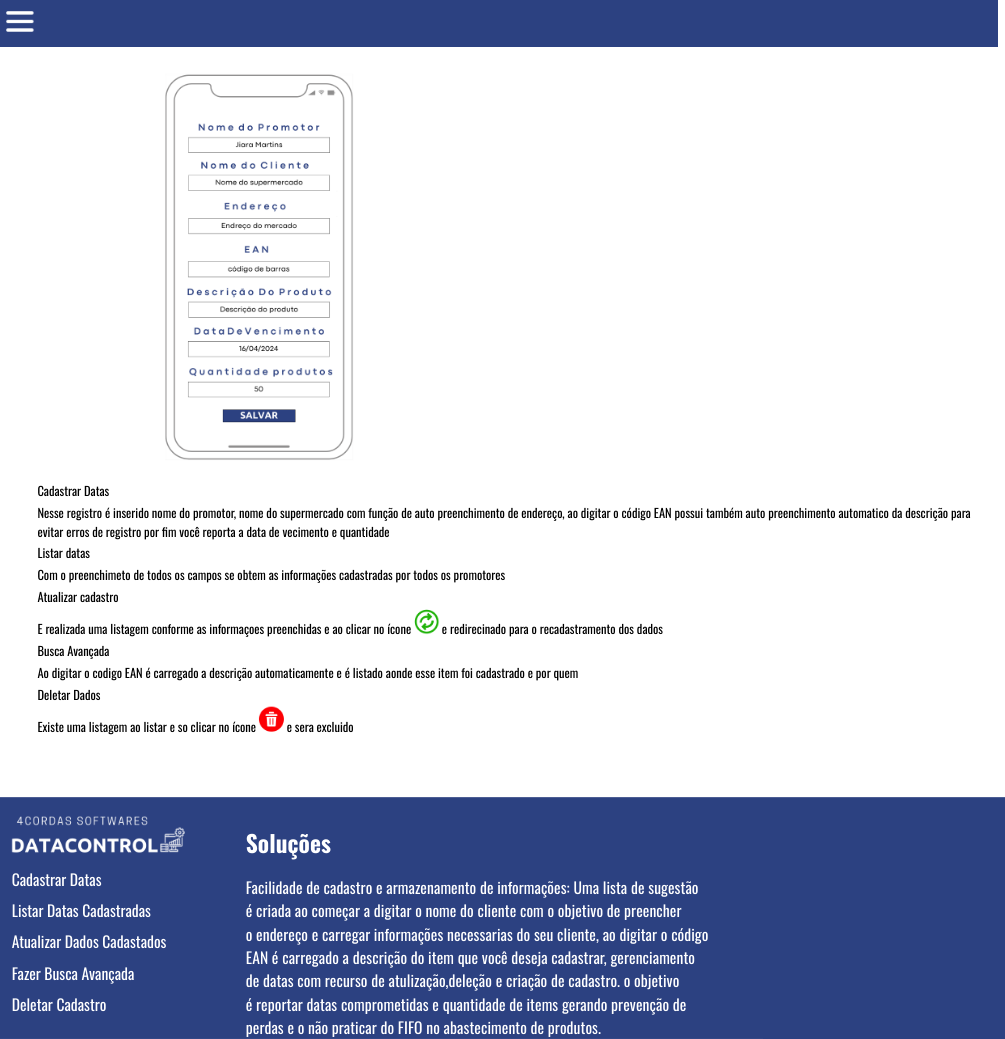
Repository: alfredo-allan/ControleDeDatasFrontEnd
Page: index.html
The author's editor kept a copy of each file at every save. The page is drawn from the files as they stood at one save, then again after the next save.
The browser window is 1280 px wide. The page is 1289 px wide, so the pictures cover 1289 px, including what lies to the right of the window. The pictures show the whole page, at 78% of full size.

Above is the page before, as saved 2024-04-30 14:31:40.
Console error: TypeError: Cannot read properties of null (reading 'addEventListener')

### index.html
<!DOCTYPE html>
<html lang="pt-BR">
  <head>
    <meta charset="UTF-8" />
    <meta name="viewport" content="width=device-width, initial-scale=1.0" />
    <link rel="stylesheet" href="./style/style.css" />
    <link rel="preconnect" href="https://fonts.googleapis.com" />
    <link rel="preconnect" href="https://fonts.gstatic.com" crossorigin />
    <link
      href="https://fonts.googleapis.com/css2?family=Oswald:wght@200..700&display=swap"
      rel="stylesheet"
    />
    <title>Controle de Datas</title>
  </head>
  <body>
    <div class="header">
      <div id="menu-icon">
        <img id="icon-menu" src="./images/barra-de-menu.png" alt="" />
      </div>
      <div id="titulo">
        <!-- <h1>Controle De Datas</h1> -->
      </div>
      <div id="menu-options">
        <ul>
          <!-- <img id="usuario" src="./images/usuario-exemplo.jpg" alt="" /> -->
          <a href="pages/cadastro.html"><li>Cadastrar Datas</li></a>
          <a href="pages/listagem.html"><li>Listar Datas</li></a>
          <a href="pages/atualizar.html"><li>Atualizar Cadastro</li></a>
          <a href="pages/buscaavancada.html"><li>Busca Avançada</li></a>
          <a href="pages/deletar.html"><li>Deletar Dados</li></a>
        </ul>
      </div>
    </div>
    <img id="instrucao" src="./images/CadastrarDatas.png" alt="">
    <div class="coluna">
    <ul>
      <span>Cadastrar Datas</span>
      <li>Nesse registro é inserido nome do promotor, nome do supermercado com função de auto preenchimento de endereço, ao digitar o código EAN possui também auto preenchimento automatico da descrição para evitar erros de registro por fim você reporta a data de vecimento e quantidade</li>
      <span>Listar datas</span>
      <li>Com o preenchimeto de todos os campos se  obtem as informações cadastradas por todos os promotores</li>
      <span>Atualizar cadastro</span>
      <li>E realizada uma listagem conforme as informaçoes preenchidas e ao clicar no ícone <img src="./images/repetir.png" alt=""> e redirecinado para o recadastramento dos dados</li>
      <span>Busca Avançada</span>
      <li>Ao digitar o codigo EAN é carregado a descrição automaticamente e é listado aonde esse item foi cadastrado e por quem</li>
      <span>Deletar Dados</span>
      <li>Existe uma listagem ao listar e so clicar no ícone <img src="./images/excluir.png" alt=""> e sera excluido</li>
    </ul>
    </div>
    </div>
    <div class="footer">
      <div id="mapa" class="col-sm-6">
        <img id="tootext" src="./images/data.png" alt="" />
        <ul id="mapadosite">
          <a href="./pages/cadastro.html"><li>Cadastrar Datas</li></a>
          <a href="./pages/listagem.html"><li>Listar Datas Cadastradas</li></a>
          <a href="./pages/atualizar.html"
            ><li>Atualizar Dados Cadastados</li></a
          >
          <a href="./pages/buscaavancada.html"><li>Fazer Busca Avançada</li></a>
          <a href="./pages/deletar.html"><li>Deletar Cadastro</li></a>
        </ul>
      </div>
      <div id="solucao" class="col-sm-6">
        <span>Soluções</span>
        <p>
          Facilidade de cadastro e armazenamento de informações: Uma lista de
          sugestão <br />
          é criada ao começar a digitar o nome do cliente com o objetivo de
          preencher <br />
          o endereço e carregar informações necessarias do seu cliente, ao
          digitar o código <br />
          EAN é carregado a descrição do item que você deseja cadastrar,
          gerenciamento <br />
          de datas com recurso de atulização,deleção e criação de cadastro. o
          objetivo <br />
          é reportar datas comprometidas e quantidade de items gerando prevenção
          de <br />
          perdas e o não praticar do FIFO no abastecimento de produtos.
        </p>
      </div>
    </div>
  </body>
  <script src="./js/script.js"></script>
</html>

### style/style.css
:root {
  --cor-azul: rgb(44, 65, 129);
  --oswald-font: "Oswald", sans-serif;
  --luthier-font: "Luthier";
}

body {
  font-family: var(--oswald-font);
}

@font-face {
  font-family: "Luthier";
  src: url("../fonts/LuthierFF/Luthier-Regular.ttf") format("truetype");
  /* Adicione mais formatos (e.g. woff, woff2) conforme necessário */
}

#titulo h1 {
  font-family: var(--luthier-font);
  letter-spacing: 3px;
  font-weight: 900;
  color: white;
  margin-top: -30px;
  margin-left: 55px;
}

.column {
  display: flex;
  flex-direction: column;
  align-items: center;
  padding: 10px 20px 15px 15px;
  border: 1px solid #ccc;
  border-radius: 5px;
  width: 300px;
  margin: 0 auto;
  span {
    font-weight: 900;
    font-family: var(--luthier-font);
    letter-spacing: 3px;
    margin-bottom: 10px;
    color: var(--cor-azul);
  }
}

#logo img {
  margin-top: 200px;
  width: 250px;
  margin-left: 50px;
}

#logo {
  h1 {
    text-align: center;
    text-wrap: nowrap;
    font-size: 25px;
    font-family: var(--oswald-font);
    font-weight: 900;
    letter-spacing: 2px;
    color: var(--cor-azul);
  }
}

#form {
  margin-top: 80px;
}

input {
  margin-bottom: 5px;
  padding: 5px;
  width: 100%;
  box-sizing: border-box;
  font-weight: 600;
  margin-bottom: 10px;
}

input::placeholder {
  text-align: center;
  color: gray;
  font-family: var(--oswald-font);
  font-weight: 400;
}

input:focus {
  outline-color: var(--cor-azul); /* Altere a cor aqui */
}

.header {
  position: fixed;
  top: 0;
  left: 0;
  width: 100%;
  height: 60px;
  background-color: var(--cor-azul);
}

#icon-menu {
  width: 35px;
  margin-top: 10px;
  z-index: 1;
  margin-left: 8px;
  cursor: pointer;
}

#menu-options ul {
  list-style: none;
  padding: 0;
  margin-left: 5px;
  font-size: 20px;
  font-weight: 500;
  text-wrap: nowrap;
  font-family: var(--oswald-font);
  z-index: 999;
}

#menu-options ul li {
  padding: 10px;
  letter-spacing: 2px;
  cursor: pointer;
  z-index: 999;
}

a {
  text-decoration: none; /* Remove sublinhado */
  color: inherit; /* Mantém a cor padrão do texto */
  /* Adicione quaisquer outros estilos desejados para o link */
}

#menu-options {
  display: none;
  position: absolute;
  top: 0;
  left: 0;
  margin-top: 60px;
  width: 55%;
  height: 41vh;
  border-bottom-right-radius: 15px;
  background-color: var(--cor-azul);
  color: white;
  font-family: var(--oswald-font);
  font-weight: 900;
  z-index: 999;
}

button {
  text-align: center;
  width: 110px;
  height: 30px;
  padding: 6px 30px;
  background-color: rgba(44, 65, 129, 0.897);
  border-radius: 5px;
  color: white;
  border: none;
  border-radius: 5px;
  cursor: pointer;
  font-family: var(--oswald-font);
}

button:focus {
  outline: 2px solid var(--cor-azul);
}

.footer {
  width: 102%;
  position: relative;
  margin-top: 5%;
  margin-left: -8px;
  margin-bottom: -20px;
  background-color: var(--cor-azul);
}

.footer img {
  width: 300px;
  height: 60px;
  margin-top: 2px;
  cursor: pointer;
  margin-left: 10px;
}

#autocomplete-list-id {
  background-color: #f1f1f1;
  border: 1px solid #d4d4d4;
  color: var(--cor-azul);
  border-top: none;
  max-height: 200px;
  overflow-y: auto;
  position: absolute;
  /* z-index: 999; */
  margin-top: -10px;
  margin-left: 60px;
}

.autocomplete-items div {
  padding: 10px;
  cursor: pointer;
  background-color: #fff;
  border-bottom: 1px solid #d4d4d4;
}

.autocomplete-items div:hover {
  background-color: #e9e9e9;
}

.autocomplete-items div strong {
  font-weight: bold;
}

#data-list {
  margin: 0 auto;
  left: 50%;
  transform: translateX(-50%);
  margin: 0 auto;
  left: 50%;
  top: 60%;
  transform: translate(-50%, -50%);
  /* border: 1px solid var(--cor-azul); */
  color: var(--cor-azul);
  border-radius: 5px;
  max-height: 330px;
  overflow-y: auto;
  position: absolute;
  z-index: -1;
  margin-top: 110px;
  margin-left: 0px;
  width: 336px;
  list-style: none;
  .name {
    font-family: var(--oswald-font);
    font-weight: 900;
    font-size: 17px;
  }
  .item {
    font-family: var(--oswald-font);
    font-weight: 500;
    font-size: 15;
    color: rgb(0, 0, 0);
  }
}

/* #promotor {
  line-height: 60px;
} */

#data-list {
  /* Estilos do elemento #data-list */
  /* Defina outras propriedades conforme necessário */

  scrollbar-color: var(--cor-azul) var(--cor-azul); /* Cor da barra de rolagem e do fundo da barra */
}

#data-list::-webkit-scrollbar {
  width: 10px; /* Largura da barra de rolagem */
}

#data-list::-webkit-scrollbar-thumb {
  background-color: white; /* Cor da barra de rolagem */
  border-radius: 5px; /* Raio de borda da barra de rolagem */
}

#texto-descritivo {
  text-align: justify;
  margin-top: 200px;
  position: fixed;
  font-family: var(--luthier-font);
  letter-spacing: 3px;
  line-height: 2;
  margin-right: 8px;
  font-weight: 900;
  color: var(--cor-azul);
}

#del {
  width: 25px;
  margin: -4px;
  margin-left: 20px;
}

#atualizar {
  width: 25px;
  margin: -5px;
  margin-left: 20px;
}

.video {
  width: 100%;
  height: 100vh; /* Altura ocupando toda a tela */
}

.video video {
  position: fixed;
  top: 0;
  left: 0;
  width: 100%;
  height: 20%;
  object-fit: cover;
  margin-top: 52px;
}

.modal {
  display: none; /* Escondido por padrão */
  position: fixed;
  z-index: 1;
  left: 0;
  top: 0;
  width: 100%;
  height: 100%;
  overflow: auto;
  background-color: rgba(0, 0, 0, 0.4);
}

.modal-content {
  background-color: #fefefe;
  margin: 15% auto;
  padding: 20px;
  border: 2px solid #888;
  width: 80%;
  border-radius: 10px;
  p {
    text-align: center;
    font-family: var(--luthier-font);
    letter-spacing: 3px;
    font-weight: 600;
    color: var(--cor-azul);
  }
}

.close {
  color: #aaa;
  float: right;
  font-size: 28px;
  font-weight: bold;
}

.close:hover,
.close:focus {
  color: black;
  text-decoration: none;
  cursor: pointer;
}

#modalbtn {
  text-align: center;
}

#confirmButton {
  margin-right: 5px;
}

#tootext {
  margin-left: -40px;
  margin-top: 20px;
}

#mapadosite {
  font-family: var(--oswald-font);
  list-style: none;
  margin-top: 0px;
  line-height: 40px;
  text-align: left;
  margin-left: -25px;
  color: white;
  font-size: 20px;
}

#mapa {
  text-align: left;
}

#solucao {
  margin-top: -270px;
  margin-left: 315px;
  font-family: var(--oswald-font);
  letter-spacing: 0.1px;
  color: white;
  span {
    font-size: 30px;
    font-weight: 900;
  }
  p {
    font-size: 20px;
    text-align: left;
  }
}

@media (min-width: 310px) and (max-width: 580px) {
  #solucao {
    margin-top: -10px;
    margin-left: -200px;
    text-align: center;
  }
}

@media (min-width: 310px) and (max-width: 580px) {
  #solucao span {
    margin-left: -30px;
  }
}

@media (min-width: 310px) and (max-width: 580px) {
  #solucao p {
    font-size: 20px;
    text-align: left;
    margin-left: 215px;
  }
}

@media (min-width: 310px) and (max-width: 580px) {
  .footer {
    margin-top: 20%;
    position: absolute;
    margin-left: -8px;
    width: 100%;
    margin-bottom: 0px;
  }
}

.footer_pg {
  position: fixed;
  left: 0;
  bottom: 0;
  width: 100%;
  height: 60px;
  background-color: var(--cor-azul);
}

@media (min-width: 310px) and (max-width: 580px) {
  .footer_pg img {
    margin-left: auto;
    margin-right: auto;
    display: block;
  }
}

#instrucao {
  margin-top: 80px;
  width: 250px;
  margin-left: 200px;
}

@media (min-width: 500px) and (max-width: 1200px) {
  #instrucao {
    margin-left: 20px;
  }
}

.coluna {
  display: flex;
  flex-direction: column;
  justify-content: center;
  li {
    list-style: none;
  }
  span {
    line-height: 2;
  }

}

### js/script.js
document.addEventListener("DOMContentLoaded", function () {
  carregarDados();

  document
    .getElementById("data-vencimento")
    .addEventListener("input", formatarData);

  document.getElementById("ean").addEventListener("input", function () {
    var eanSelecionado = document.getElementById("ean").value;
    preencherDescricaoPorEAN(eanSelecionado);
  });
});

function formatarData() {
  let inputData = document.getElementById("data-vencimento").value;

  let dataFormatada = inputData.replace(/^(\d{2})(\d{2})(\d{2})$/, "$1/$2/$3");

  document.getElementById("data-vencimento").value = dataFormatada;
}

function preencherDescricaoPorEAN(ean) {
  fetch("../frutap.json")
    .then((response) => response.json())
    .then((data) => {
      const mercados = data.mercados;

      for (let mercado of mercados) {
        const produto = mercado.produtos.find(
          (produto) => produto.codigoEAN === ean
        );
        if (produto) {
          document.getElementById("descricao-produto").value =
            produto.descricao;
          return; // Encerra o loop assim que encontrar o produto correspondente
        }
      }

      // Se não encontrou nenhum produto com o código EAN correspondente
      document.getElementById("descricao-produto").value =
        "Produto não encontrado";
    })
    .catch((error) => {
      console.error("Erro ao carregar os dados do arquivo JSON:", error);
    });
}

function carregarDados() {
  fetch("../frutap.json")
    .then((response) => {
      if (response.ok) {
        return response.json();
      } else {
        throw new Error("Erro ao carregar os dados");
      }
    })
    .then((data) => {
      if (data && data.mercados) {
        const mercados = data.mercados.map((mercado) => mercado.nome);
        const codigosEAN = data.mercados.map((mercado) => mercado.codigoEAN);
        const enderecos = data.mercados.map((mercado) => mercado.endereco);

        autocomplete(document.getElementById("nome-cliente"), mercados, data);
        autocomplete(document.getElementById("ean"), codigosEAN);
        autocomplete(
          document.getElementById("endereco-cliente"),
          enderecos,
          data
        );
      } else {
        console.error("Formato de dados inválido");
      }
    })
    .catch((error) => {
      console.error("Erro ao carregar os dados do arquivo JSON:", error);
    });
}
function autocomplete(inp, arr, data) {
  var currentFocus;

  inp.addEventListener("input", function (e) {
    var a,
      b,
      i,
      val = this.value;
    closeAllLists();
    if (!val) {
      return false;
    }
    currentFocus = -1;
    a = document.createElement("DIV");
    a.setAttribute("id", "autocomplete-list-id");
    a.setAttribute("class", "autocomplete-items");
    this.parentNode.appendChild(a);
    for (i = 0; i < arr.length; i++) {
      if (
        arr[i] &&
        arr[i].substr(0, val.length).toUpperCase() == val.toUpperCase()
      ) {
        b = document.createElement("DIV");
        b.innerHTML = "<strong>" + arr[i].substr(0, val.length) + "</strong>";
        b.innerHTML += arr[i].substr(val.length);
        b.innerHTML += "<input type='hidden' value='" + arr[i] + "'>";
        b.addEventListener("click", function (e) {
          inp.value = this.getElementsByTagName("input")[0].value;
          closeAllLists();
          // Preencher o campo de Endereço do mercado ao selecionar o nome do mercado
          var selectedMarket = this.getElementsByTagName("input")[0].value;
          var mercadoSelecionado = data.mercados.find(
            (mercado) => mercado.nome === selectedMarket
          );
          if (mercadoSelecionado) {
            var enderecoCompleto =
              mercadoSelecionado.endereco.rua +
              ", " +
              mercadoSelecionado.endereco.bairro +
              ", " +
              mercadoSelecionado.endereco.cidade +
              ", " +
              mercadoSelecionado.endereco.estado;
            document.getElementById("endereco-cliente").value =
              enderecoCompleto;
          }
        });
        a.appendChild(b);
      }
    }
  });

  function closeAllLists(elmnt) {
    var x = document.getElementsByClassName("autocomplete-items");
    for (var i = 0; i < x.length; i++) {
      if (elmnt != x[i] && elmnt != inp) {
        x[i].parentNode.removeChild(x[i]);
      }
    }
  }

  document.addEventListener("click", function (e) {
    closeAllLists(e.target);
  });
}

const menuIcon = document.getElementById("menu-icon");
const menuOptions = document.getElementById("menu-options");

menuIcon.addEventListener("click", function () {
  if (menuOptions.style.display === "none") {
    menuOptions.style.display = "block";
  } else {
    menuOptions.style.display = "none";
  }
});

document.getElementById("btn-salvar").addEventListener("click", function () {
  const nomePromotor = document.getElementById("nome-promotor").value;
  const nomeCliente = document.getElementById("nome-cliente").value;
  const enderecoCliente = document.getElementById("endereco-cliente").value;
  const ean = document.getElementById("ean").value;
  const descricaoProduto = document.getElementById("descricao-produto").value;
  const dataVencimento = document.getElementById("data-vencimento").value;
  const quantidadeProdutos = document.getElementById(
    "quantidade-produtos"
  ).value;

  fetch("https://v1controledatas.pythonanywhere.com/salvar-dados", {
    method: "POST",
    headers: {
      "Content-Type": "application/json",
    },
    body: JSON.stringify({
      nomePromotor: nomePromotor,
      nomeCliente: nomeCliente,
      enderecoCliente: enderecoCliente,
      ean: ean,
      descricaoProduto: descricaoProduto,
      dataVencimento: dataVencimento,
      quantidadeProdutos: quantidadeProdutos,
    }),
  })
    .then((response) => {
      if (response.ok) {
        // alert("Dados salvos com sucesso!");
      } else {
        throw new Error("Erro ao salvar os dados");
      }
    })
    .catch((error) => {
      console.error("Erro ao salvar os dados:", error);
    });
});

// Selecionando o botão de fechar e o modal

Loaded but not shown: frutap.json (455 lines, source omitted)

After the next save:
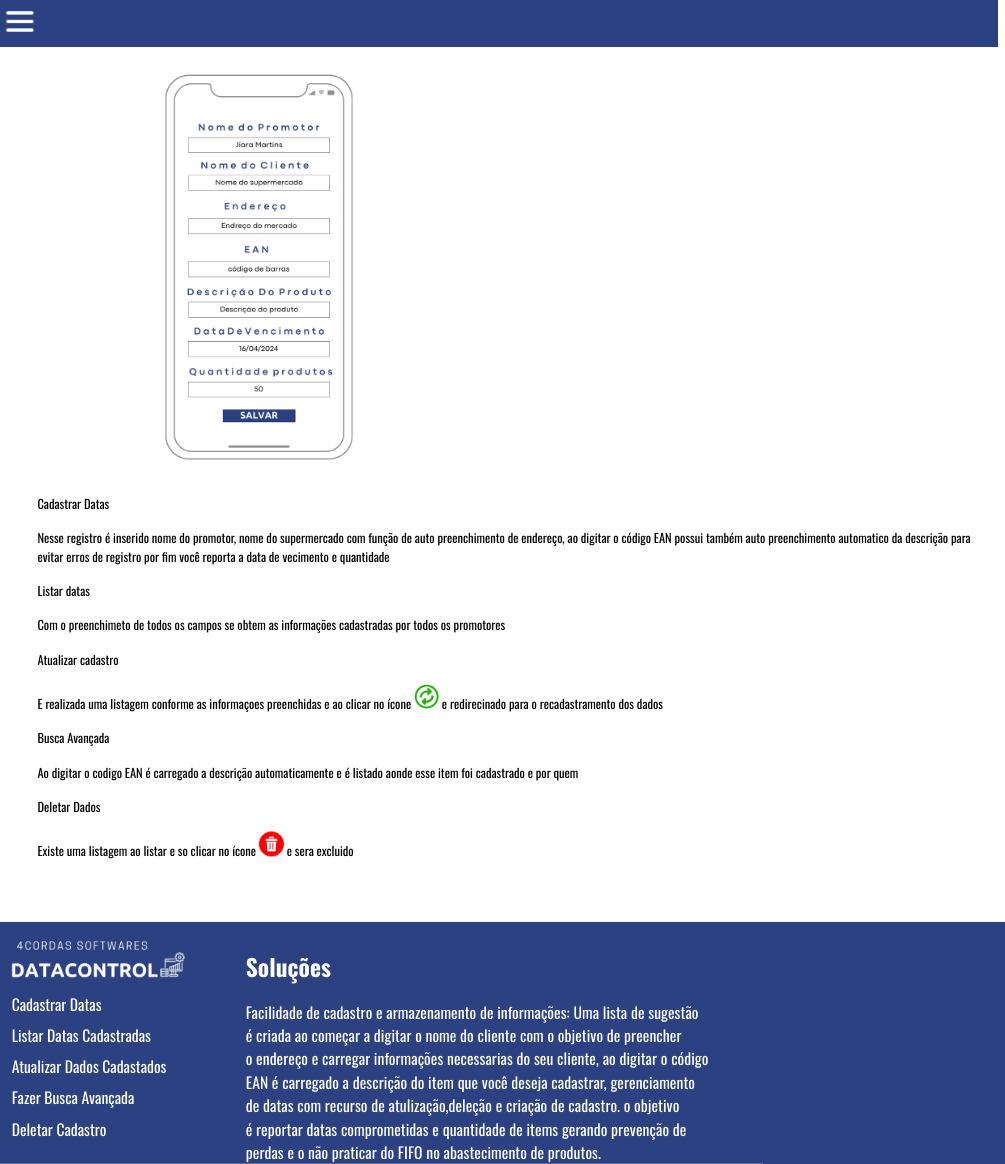
Saved 5 s later.
--- a/style/style.css
+++ b/style/style.css
@@ -449,7 +449,7 @@ button:focus {
     list-style: none;
   }
   span {
-    line-height: 2;
-  }
-
-}
+    line-height: 4;
+  }
+
+}
